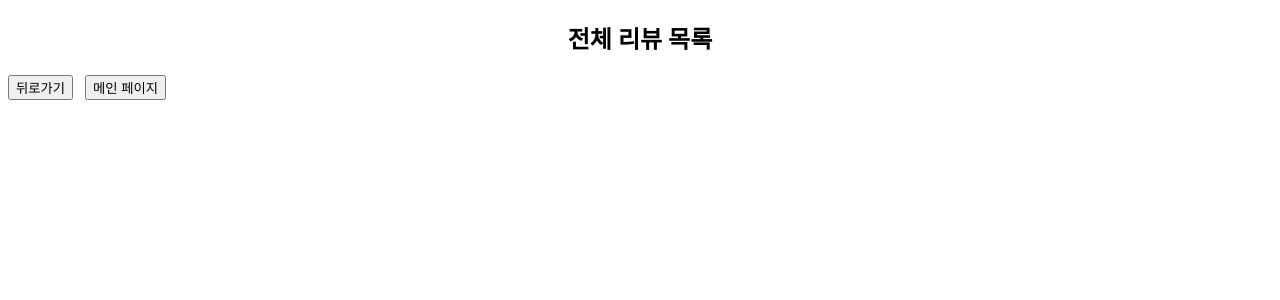
Repository: Served01/Project2_2209
Page: http://localhost/bookReviewProgram/rvAllReviewPro.jsp
These files come from the project's save history. The page is drawn as it stood at one moment and after the next save; the edit follows.
The browser window is 1280 px wide. The pictures show the whole page.
The page is served by Tomcat 9. Queries for data that is not in the repository find no rows.

Above is the page before, as saved 2022-09-28 00:49:11.

After the next save:
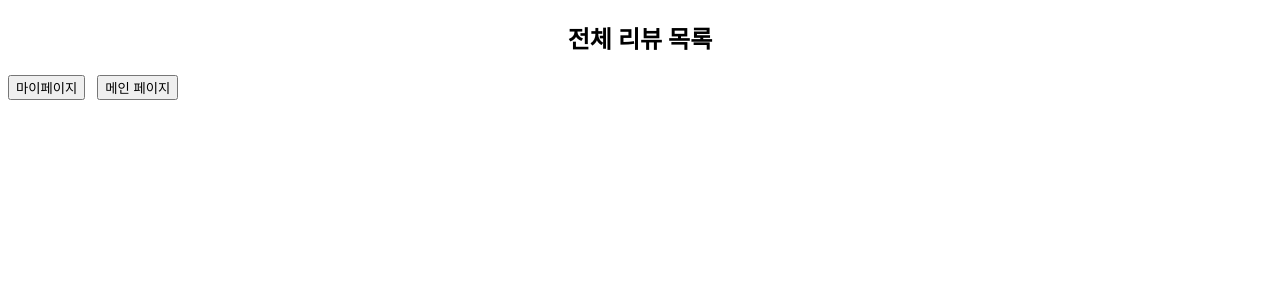
Saved 55 s later.
--- a/bookReviewProgram/src/main/webapp/rvAllReviewPro.jsp
+++ b/bookReviewProgram/src/main/webapp/rvAllReviewPro.jsp
@@ -28,7 +28,7 @@ margin: auto;
 
 <h2 align="center">전체 리뷰 목록</h2>
 
-<button onclick="javascript:history.go(-1)">뒤로가기</button>&nbsp;&nbsp;
+<input type="button" value="마이페이지" onclick="location.href='mainSession.jsp?center=mbSelectPro.jsp&mb_id=<%=request.getParameter("mb_id") %>'" />&nbsp;&nbsp;
 <button onclick="location.href='mainSession.jsp'">메인 페이지</button>
 <br><br>
 
